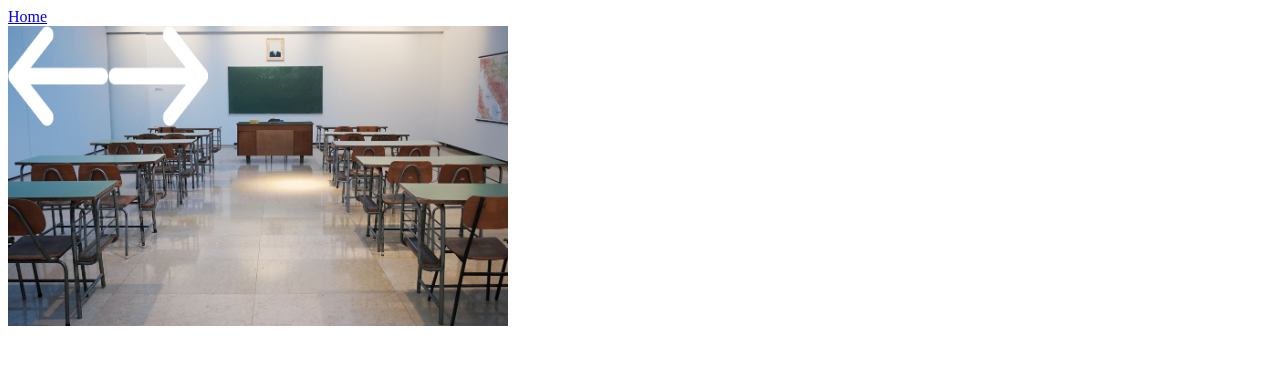
Repository: anoncoderin/dcd-week3-useEffect-carousel
Page: /carouselPage
The author's editor kept a copy of each file at every save. The page is drawn from the files as they stood at one save, then again after a run of saves.
The browser window is 1280 px wide. The pictures show the whole page.
The project was rebuilt for these pictures with package versions that can differ from the ones it lists, and the page was loaded fresh each time. The framework's server and built-in components were replaced by stand-ins that run in the browser. Also part of the build but not shown: next.config.js.

Above is the page before, as saved 2023-02-20 11:23:17.

### pages/carouselPage.js
import Link from "next/link"
import Carousel from "@/components/carousel"

export default function CarouselPage(){
    return(
    <>
    <Link href="/">Home</Link>
    <Carousel/>
    </>
    )
}

### styles/globals.css
:root {

  }

### components/carousel/index.js
import Image from "next/image"
export default function Carousel(){

    return(
        <>

        <div style={{
            backgroundImage:"url(/imagesIconsCarouselweek8/carousel-images/0.jpg)",
            backgroundSize:'cover',
            backgroundRepeat:"no-repeat",
            width:500,
            height:300

        }}>
            <Image
             src={"/imagesIconsCarouselweek8/icons/leftArrow.png"}
             alt={"/imagesIconsCarouselweek8/icons/leftArrow.png"}
             width={100}
             height={100}
            />

<Image
             src={"/imagesIconsCarouselweek8/icons/rightArrow.png"}
             alt={"/imagesIconsCarouselweek8/icons/rightArrow.png"}
             width={100}
             height={100}
            />

        </div>
        </>
    )
}

Loaded but not shown: pages/_app.js (common file); pages/_document.js (common file)

After the next 2 saves:
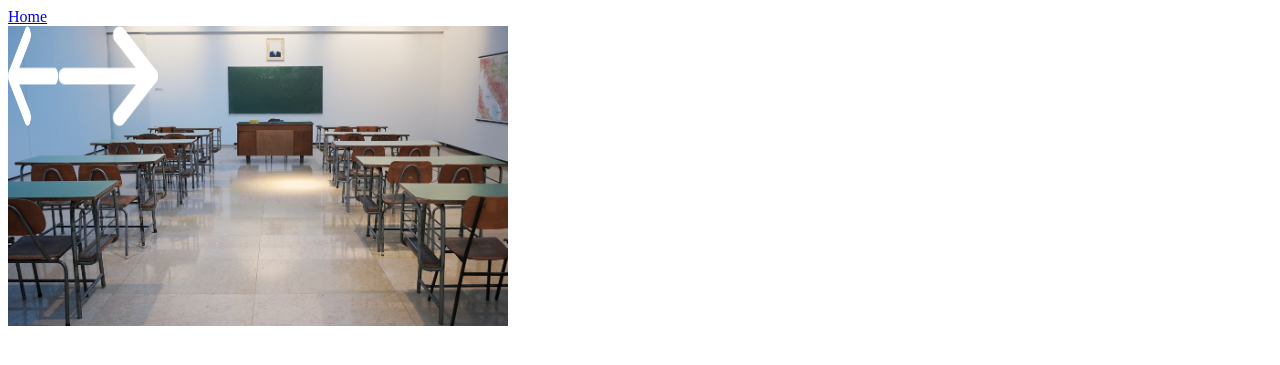
The 2 saves are shown as one change because they came seconds apart.
The last was saved 19 s later.
--- a/components/carousel/index.js
+++ b/components/carousel/index.js
@@ -15,7 +15,7 @@ export default function Carousel(){
             <Image
              src={"/imagesIconsCarouselweek8/icons/leftArrow.png"}
              alt={"/imagesIconsCarouselweek8/icons/leftArrow.png"}
-             width={100}
+             width={50}
              height={100}
             />
 
